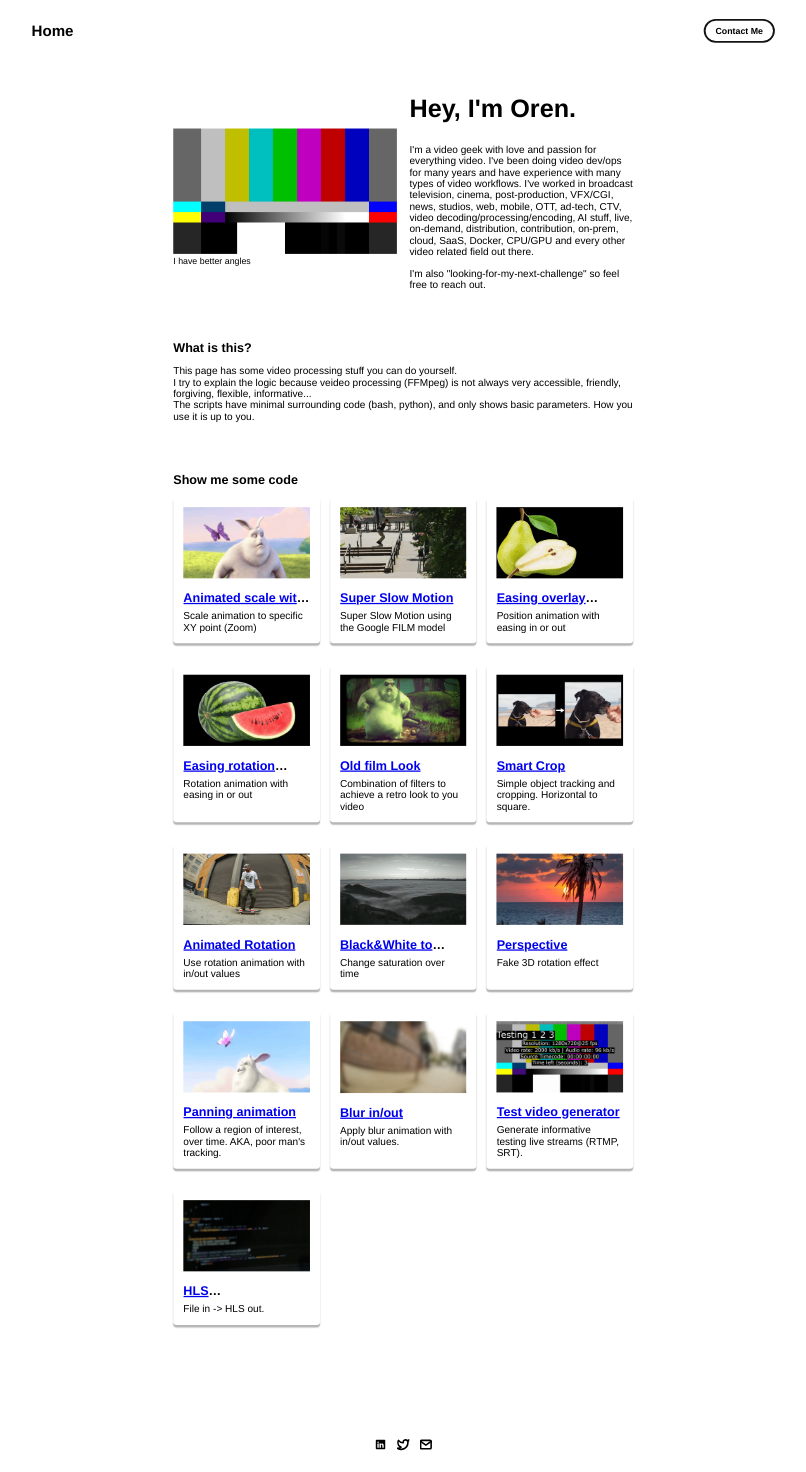
Repository: OrenShalmy/orenshalmy.github.io
Page: index.html
The author's editor kept a copy of each file at every save. The page is drawn from the files as they stood at one save, then again after the next save.
The browser window is 1280 px wide. The pictures show the whole page, at 63% of full size.

Above is the page before, as saved 2024-09-16 16:11:10.

After the next save:
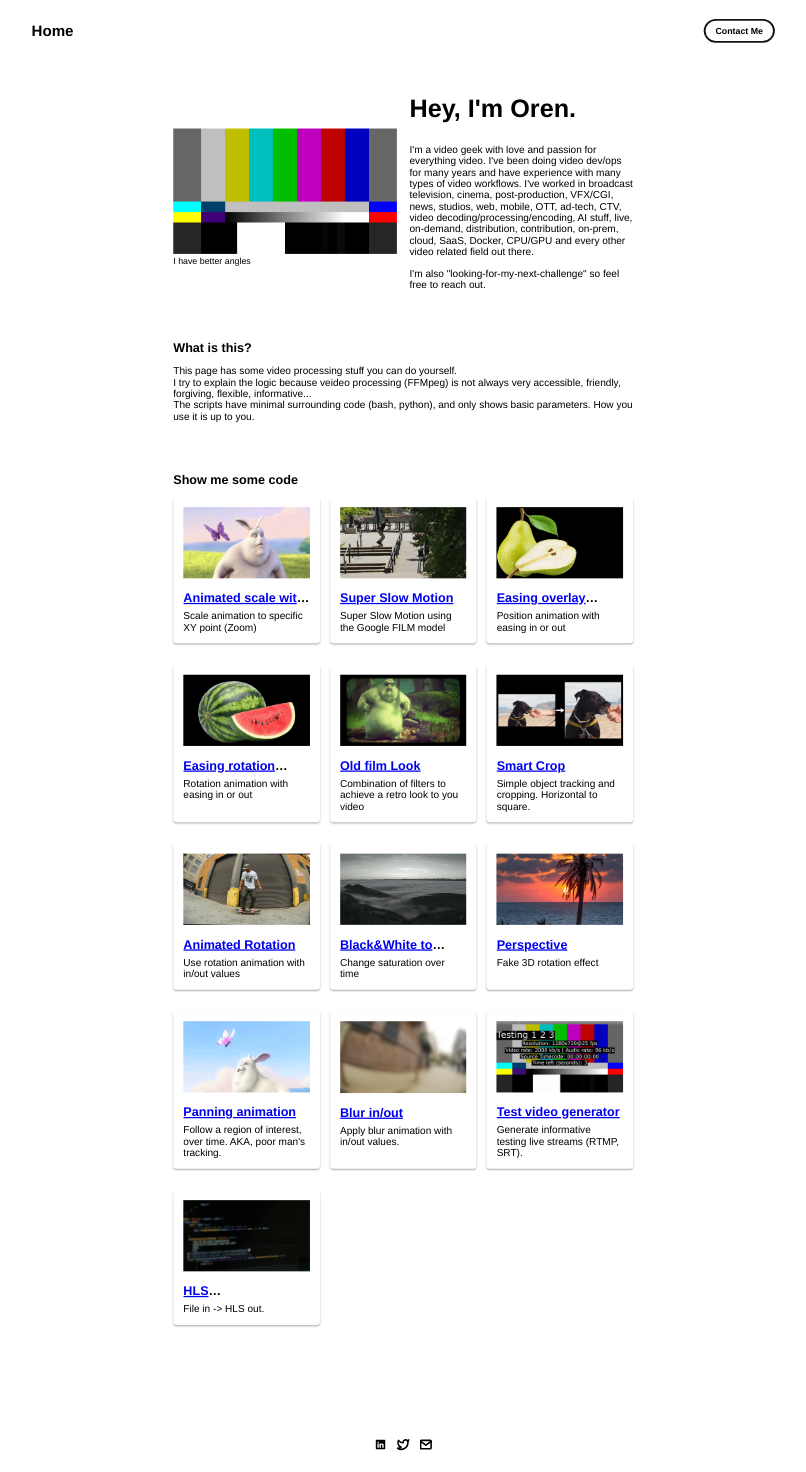
Saved 10 s later.
--- a/css/layout.css
+++ b/css/layout.css
@@ -97,7 +97,7 @@
       flex-direction: column;
       gap: 20px;
       border-radius: 5px; /* Add rounded corners */
-      box-shadow: 0px 4px 2px rgba(0, 0, 0, 0.3); /* Add drop shadow */
+      box-shadow: 0px 2px 3px rgba(0, 0, 0, 0.3); /* Add drop shadow */
       overflow: hidden; /* Clip content to fit within the rounded corners */
       padding: 16px; /* Add padding to create space around the text */
       /* cursor: pointer; */
